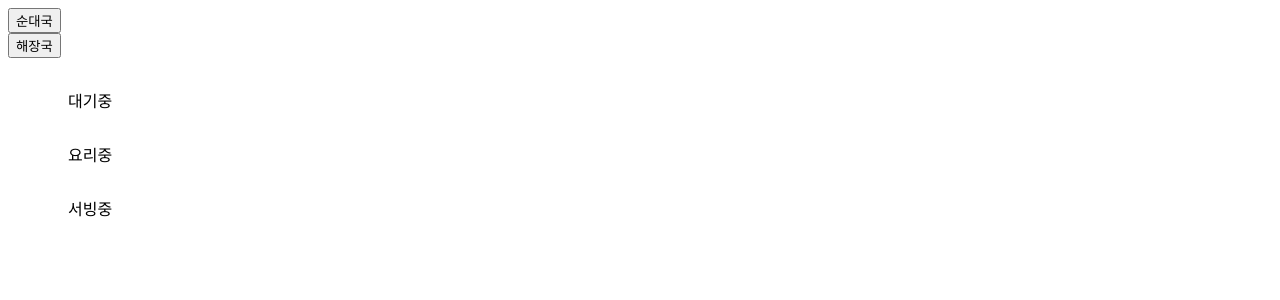
Repository: IT-magician/Restaurant-Simulation
Page: index.html
These files come from the project's save history. The page is drawn as it stood at one moment and after the next save; the edit follows.
The browser window is 1280 px wide. The pictures show the whole page.

Above is the page before, as saved 2023-11-14 23:08:50.

After the next save:
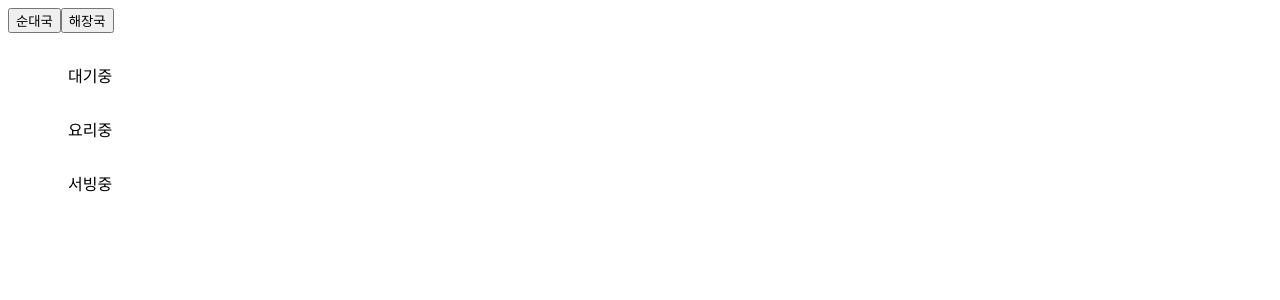
Saved 19 s later.
--- a/index.html
+++ b/index.html
@@ -11,7 +11,7 @@
         <div class="ad-display"></div>
         <div class="progress-display"></div>
       </div>
-      <div class="order">
+      <div class="order" style="display: flex">
         <div class="food">
           <input type="button" value="순대국" />
         </div>
